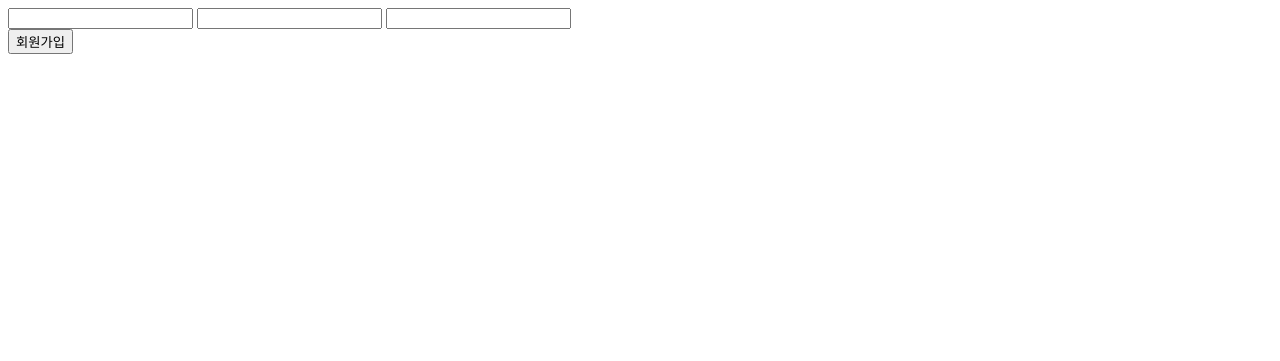
Repository: juntae710/acorn_web
Page: ptj0829/src/main/webapp/register.html
An editor plug-in stored every save of this project. The page is shown before and after the next save, followed by the edit.
The browser window is 1280 px wide. The pictures show the whole page.

Above is the page before, as saved 2023-08-29 03:24:41.

After the next save:
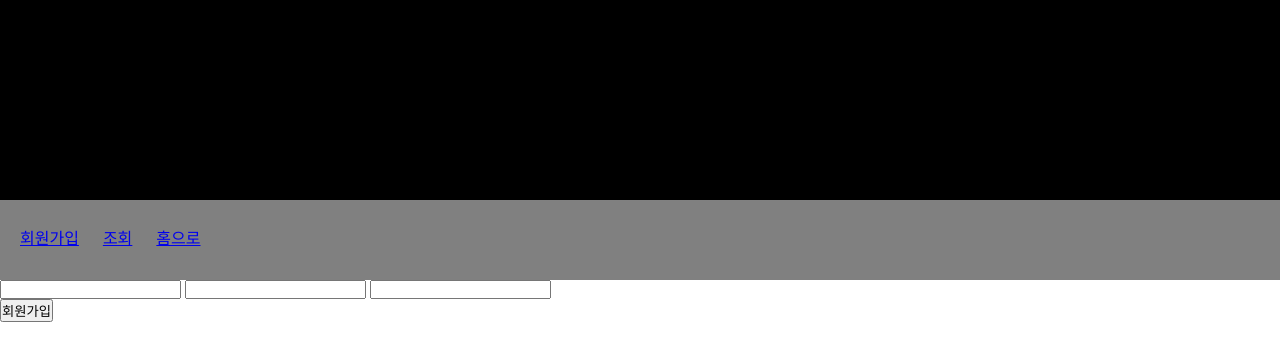
Saved 73 s later.
--- a/ptj0829/src/main/webapp/register.html
+++ b/ptj0829/src/main/webapp/register.html
@@ -31,9 +31,42 @@
 		}
 
 	</script>
+	<style type="text/css">
+*{
+margin: 0px;
+padding: 0px;
+}
+ul{
+
+list-style: none;
+
+}
+ul > li{
+margin-left: 20px;
+display: inline-block;
+margin-top: 25px;
+}
+header{
+height: 200px;
+background-color: black;
+}
+nav{
+height: 80px;
+background-color: gray;
+}
+</style>
 </head>
 
 <body>
+	<header></header>
+<nav>
+<ul>
+<li><a href="register.html">회원가입</a></li>
+<li><a href="list.jsp">조회</a></li>
+<li><a href="index.jsp">홈으로</a></li>
+</ul>
+
+</nav>
 <!--submit을 중지하고 싶을 때 사용할 수 있음-->
 	<form name="frm" action="register_action.jsp" method="post" onsubmit="return check()">
 
